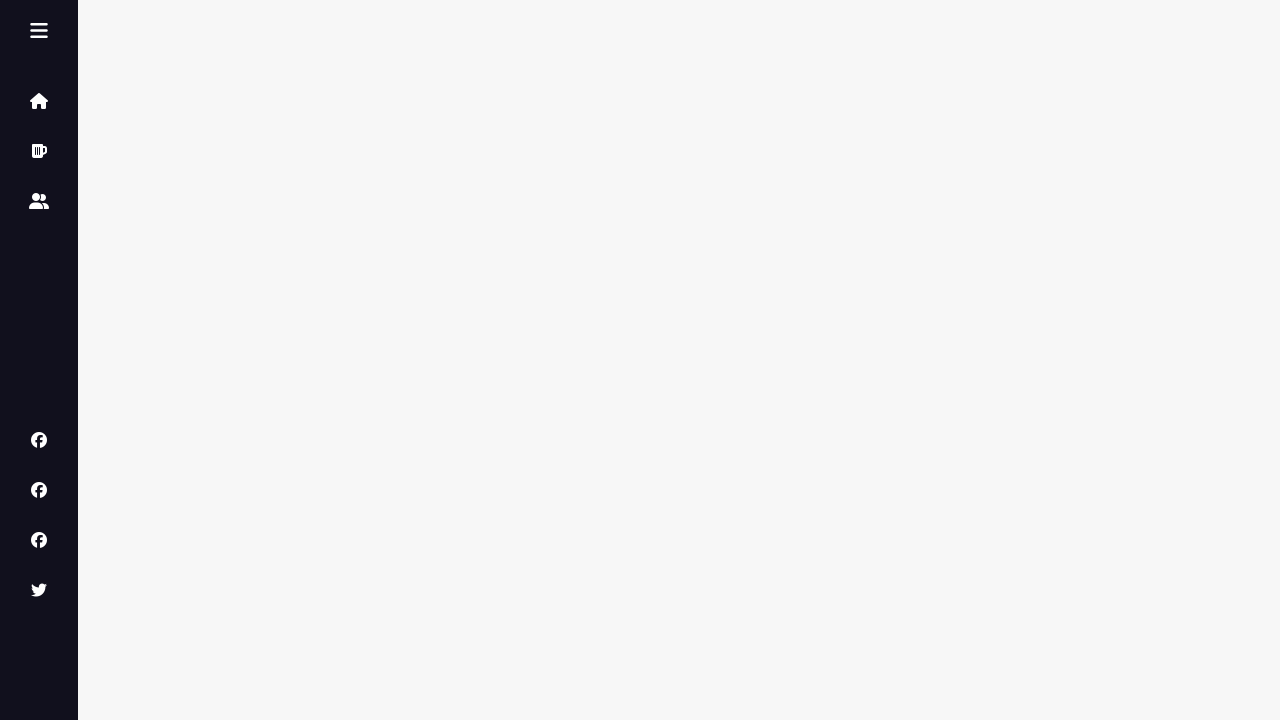
Repository: Nic98/MilkTeaWebsite
Page: mywebsite.html
The author's editor kept a copy of each file at every save. The page is drawn from the files as they stood at one save, then again after the next save.
The browser window is 1280 px wide. The pictures show the whole page.
Some web libraries are served in a nearby version.

Above is the page before, as saved 2024-05-28 23:05:47.

### mywebsite.html
<!DOCTYPE html>
<html lang="en">
<head>
  <meta charset="UTF-8">
  <meta name="viewport" content="width=device-width, initial-scale=1.0">
  <link rel="stylesheet" href="mywebsite.css">
  <script src="https://kit.fontawesome.com/2dbcf482c2.js" crossorigin="anonymous"></script>
  <!-- <script src="/sidebar.js"></script> -->
  <title>ComeBuyBooze</title>

</head>
<body>

  <!-- sidebar implementation -->
  <div class="sidebar workspace--flexchild1">
    <div class="logo_content">
        <div class="logo">
            <dive class="logo_name"> ComeBuyBooze </dive>
            <i class="fas fa-bars" id="btn"></i>
        </div>
    </div>

    <ul class="nav_list">
        <li>
            <a href="#">
                <i class="fas fa-home"></i>
                <span class="links_name">ComeBack</span>
            </a>
            <span class = "tooltip">ComeBack</span>
        </li>

        <li>
            <a href="#">
              <i class="fa-solid fa-beer-mug-empty"></i>
                <span class="links_name">Boozz</span>
            </a>
            <span class = "tooltip">Boozz</span>
        </li>

        <li>
          <a href="#">
              <i class="fas fa-user-friends"></i>
              <span class="links_name">Contact us</span>
          </a>
          <span class = "tooltip">Contacts us</span>
      </li>
    </ul>

    <ul class="contact_list">
      <li>
        <a href="#">
          <i class="fa-brands fa-facebook"></i>
        </a>
      </li>
      <li>
        <a href="#">
          <i class="fa-brands fa-facebook"></i>
        </a>
      </li>
      <li>
        <a href="#">
          <i class="fa-brands fa-facebook"></i>
        </a>
      </li>
      <li>
        <a href="#">
          <i class="fa-brands fa-twitter"></i>
        </a>
      </li>
    </ul>



</div>














  <script>
    let btn = document.querySelector("#btn");
    let sidebar = document.querySelector(".sidebar");

    btn.onclick = function() {
        sidebar.classList.toggle("active");
    }
  </script>
</body>
</html>

### mywebsite.css
@import url('https://fonts.googleapis.com/css2?family=Poppins:wght@200;300;400;500;600;700&display=swap');

body{
    margin: 0;
    font-family: "Poppins", sans-serif;
}

.flexbox{
    display: flex;
}

.columnflex{
    display: flex;
    flex-direction: column;
    justify-content: center;
}

#btn{
    cursor: pointer;
}

.btn--line{
    border: solid;
    border-width: 1px;
    color: white;
    background: none;
    border-radius: 50px;
    padding: 10px;
    padding-left: 20px;
    padding-right:20px;
    font-size: 18px;
    cursor: pointer;
}

.btn--solid{
    border: solid;
    border-width: 1px;
    border-radius: 50px;
    padding: 10px;
    padding-left: 20px;
    padding-right: 20px;
    font-size: 18px;
    cursor: pointer;
}

.btn--noborder{
    border: none;
    background: none;
}

.font--title{
    font-size: 30px;
}

.font--bold{
    font-weight: bolder;
}

.font--largrsize{
    font-size: 18px;
}

.login--input{
    border: solid 1px gray;
    font-size: 14px;
    padding: 8px;
    padding-left: 14px;
    width: 100%;
    border-radius: 50px;
    margin-top: 20px;
    box-sizing: border-box;
    box-shadow: 1px 1px 1px gray;
}

.btn--solid>*{
    text-decoration: none;
    color: white;
}

.btn--solid>*:hover{
    color: white;
    transition-duration: 0.5s;
}

:root{
  --lightgray: #F7F7F7;
  --darkblue: #032444;
}

*{
  margin:0;
  padding:0;
  box-sizing: border-box;
}

body {
  background-color: #F7F7F7;
  position: relative;
  min-height: 100vh;
  width: 100%;
  overflow:hidden;
}

/* sidebar */

.nav_list {
  padding-inline-start: 0%;
  list-style-type: none;
}

.sidebar {
  height:100%;
  position:absolute;
  top:0;
  left:0;
  width:78px;
  background-color: #11101d;
  padding:6px 14px;
  transition: all 0.5s ease;
}

.sidebar.active{
  width:240px;
}

.sidebar .logo_content .logo {
  color: #fff;
  display: flex;
  height: 50px;
  width: 100%;
  align-items: center;
  transition: all 0.5s ease;

}

.logo_content .logo i {
  font-size: 28px;
  margin-right: 5px;
}

.logo_content .logo .logo_name {
  font-size: 20px;
  font-weight: 400;
}

.sidebar #btn {
  color: #fff;
  position:absolute;
  left: 50%;
  top:6px;
  font-size: 20px;
  height:50px;
  width:50px;
  text-align: center;
  line-height: 50px;
  transform: translateX(-50%);
}

.sidebar.active #btn{
  left: 90%;
}

.sidebar ul {
  margin-top: 20px;

}
.sidebar ul li {
  list-style: none;
  height: 50px;
  width:100%;
  position:relative;
  margin: 0 0px;
  line-height: 50px;
}

.sidebar ul li .tooltip{
  position: absolute;
  left:122px;
  top:10%;
  transform: translate(-50%, -50%);
  text-align: center;
  border-radius: 6px;
  height:35px;
  width:122px;
  background: #fff;
  line-height: 35px;
  box-shadow: 0 5px 10px rgba(0,0,0,0.2);
  transition:0s;
  opacity: 0;
  pointer-events: none;
  z-index: 3000 !important;
}

.sidebar.active ul li .tooltip {
  display:none;
}

.sidebar ul li:hover .tooltip{
  transition: all 0.5s ease;
  opacity: 1;
  top:50%;
  z-index: 3;
}

.sidebar .nav_list li a {
  color: #fff;
  display: flex;
  align-items: center;
  text-decoration: none;
  transition: all 0.4s ease;
  border-radius: 6px;
  height:100%;
  white-space: nowrap;
}

.sidebar .nav_list li a:hover {
  color: #11101d;
  background: #fff;
  padding: 5px;
}

.sidebar .nav_list li i {
  height:50px;
  min-width: 50px;
  border-radius: 12px;
  line-height: 50px;
  text-align: center;
}

.sidebar .links_name{
  opacity: 0;
  pointer-events: none;
  transition: all 0.5s ease;
}

.sidebar.active .links_name {
  opacity: 1;
  pointer-events: auto;
}

.sidebar .logo_name {
  opacity: 0;
  pointer-events: none;
}

.sidebar.active .logo_name {
  opacity: 1;
  pointer-events: auto;
}

/* contact list */

/* .contact_list .links_name{
  opacity: 0;
  pointer-events: none;
  transition: all 0.5s ease;
}

.contact_list.active .links_name {
  opacity: 1;
  pointer-events: auto;
} */

.contact_list {
  padding-top: 250%;
  position: relative;
  top: 30px;
  padding-inline-start: 0%;
  list-style-type: none;
}

.contact_list li i {
  height:50px;
  min-width: 50px;
  line-height: 50px;
  border-radius: 12px;
  text-align: center;
}

.contact_list li a:hover {
  color: #11101d;
  background: #fff;
  /* padding-left:12px; */
}

.contact_list li a {
  color: #fff;
  position: relative;
  display:block;
  width: 40px;
  height: 40px;
  text-align: center;
  line-height: 80px;
  border-radius: 50%;
  transition: all 0.4s ease;
  white-space: nowrap;
  z-index: 1;
}

.sidebar.active .contact_list li i {
  height:50px;
  min-width: 50px;
  border-radius: 12px;
  line-height: 50px;
  text-align: center;
}

.sidebar.active .contact_list li a:hover {
  color: #11101d;
  background: #fff;
}









































/* .home_content {

  position: absolute;
  height: 100%;
  width: calc(100% - 78px);
  left:78px;
  transition: all 0.5s ease;

}

.home_content .text {
  font-size: 25px;
  font-weight: 500;
  color: #1d1b31;
  margin:12px;
}

.sidebar.active ~ .home_content {
  width: calc(100% - 240px);
  left:240px
} */



/* header

.workspaceheader--container{
  width: 100%;
  height: 50px;
  background-color: white;
  justify-content: space-between;
  padding-left: 18px;
  padding-right: 18px;
  box-shadow: 3px 3px 3px lightgray;



}

.searchbar--container{
  height: inherit;
  width: 40%;
  flex-direction: column;
  justify-content:center;
}

.searchbar--container>*{
  margin: 0;
}

.seachbar{
  max-width: 400px;
  padding: 4px;
  padding-left: 18px;
  box-shadow: none;
  border: solid 1px var(--lightgray);
  background: #FBFBFB;
}

.settingbar--container>*+*{
  margin-left: 16px;
}

.profilepic{
  height: 44px;
  width: 44px;
  border: solid 1px lightgray;
  border-radius: 50%;

}

.fa-moon, .fa-cog, .fa-bell{
  font-size: large;
}

.font--headerrole{
  font-size: small;

}

.headerName{
  margin-left: 22px;
}

.headerrole--container{
  flex-direction: row-reverse;
  justify-content: center;
}

.headerrole--container>*{
  margin: 0 !important;
  color: black;
}

.content-container{

  max-height: 100%;
  padding: 20px;

  width: 100%;
  overflow-y: scroll !important;

}

.content-container>*{
  z-index: 0;
} */

After the next save:
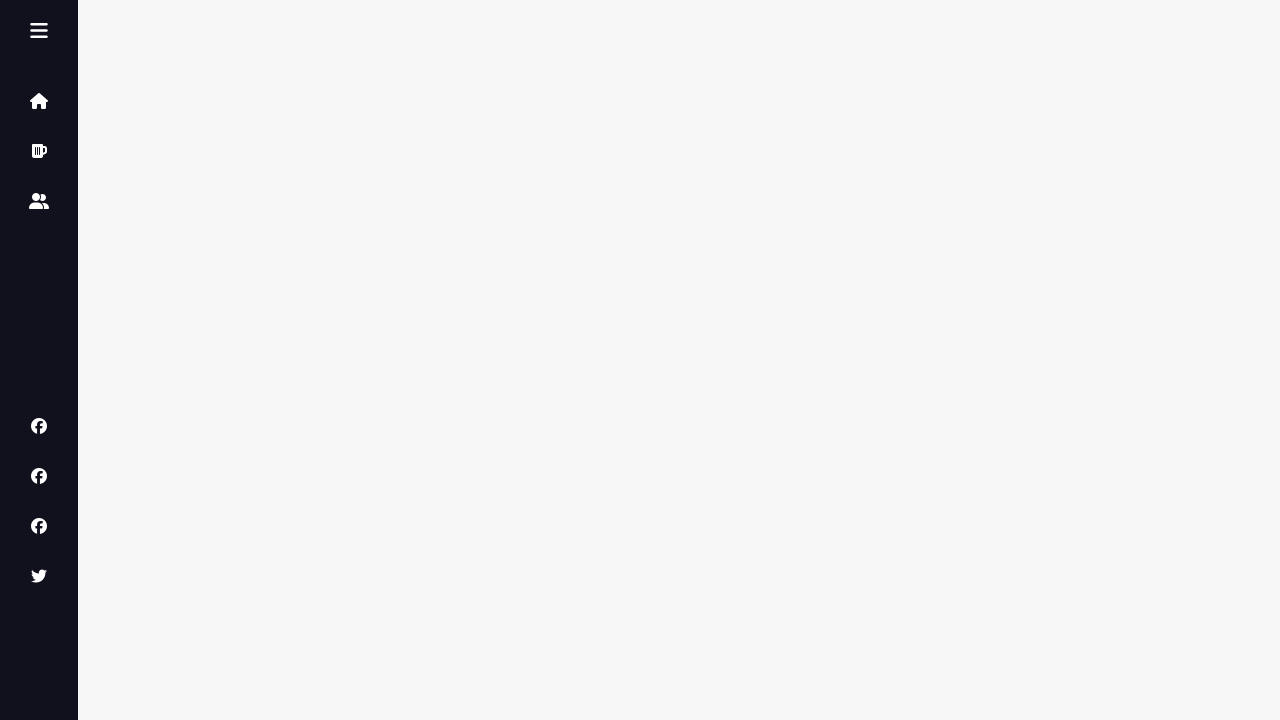
Saved 6 s later.
--- a/mywebsite.css
+++ b/mywebsite.css
@@ -290,7 +290,7 @@ body {
   width: 40px;
   height: 40px;
   text-align: center;
-  line-height: 80px;
+  line-height: 10px;
   border-radius: 50%;
   transition: all 0.4s ease;
   white-space: nowrap;
